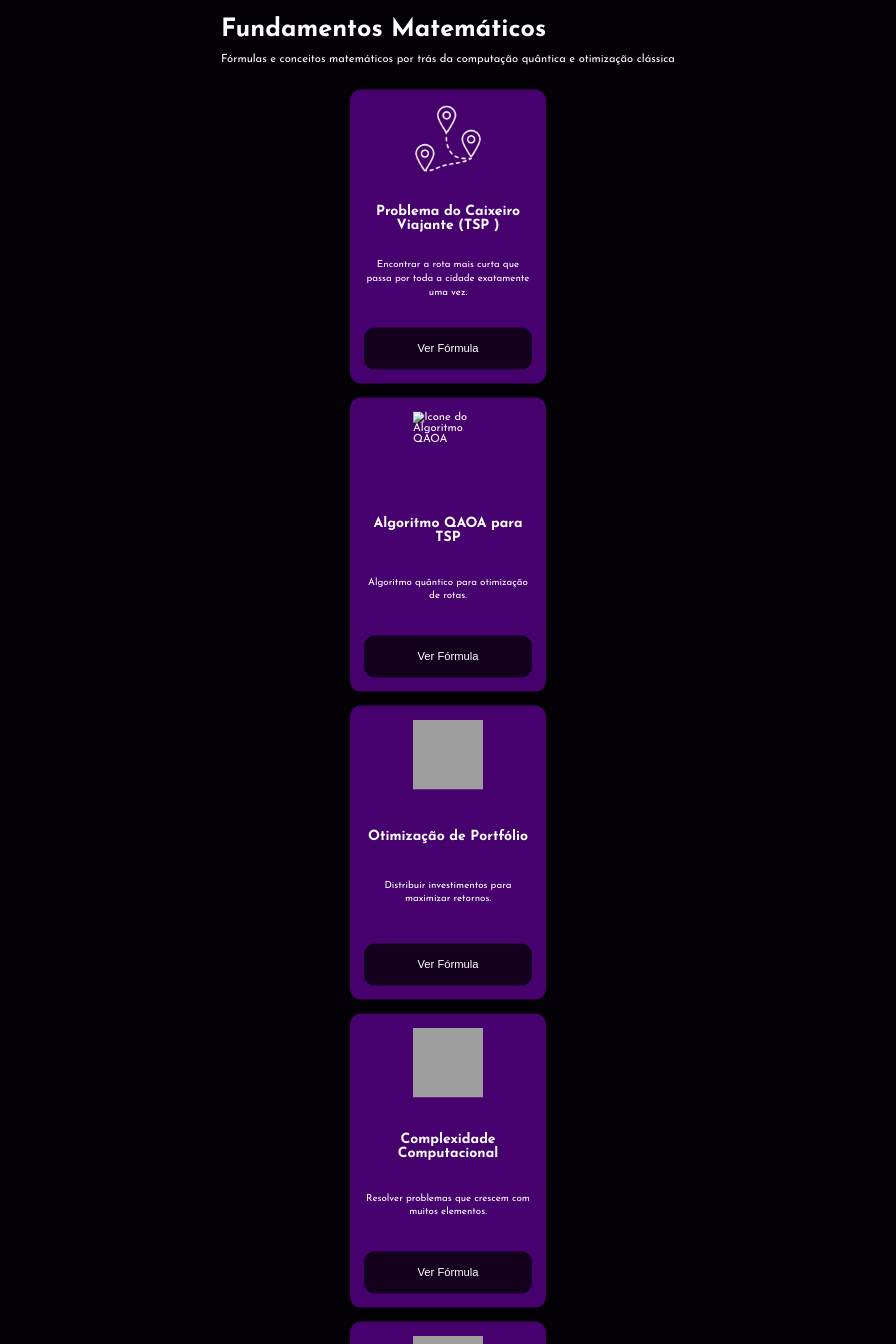
Repository: Everson9/Projeto-de-escalabilidade-quantica-definitivo
Page: fundamentos.html
These files come from the project's save history. The page is drawn as it stood at one moment and after the next save; the edit follows.
The browser window is 1280 px wide. The pictures show the part of the page from y = 0 to 1920 px (the page is 3648 px tall), at 70% of full size.
Pictures or frames that could not be fetched are drawn as grey boxes.

Above is the page before, as saved 2025-10-01 09:35:35.

After the next save:
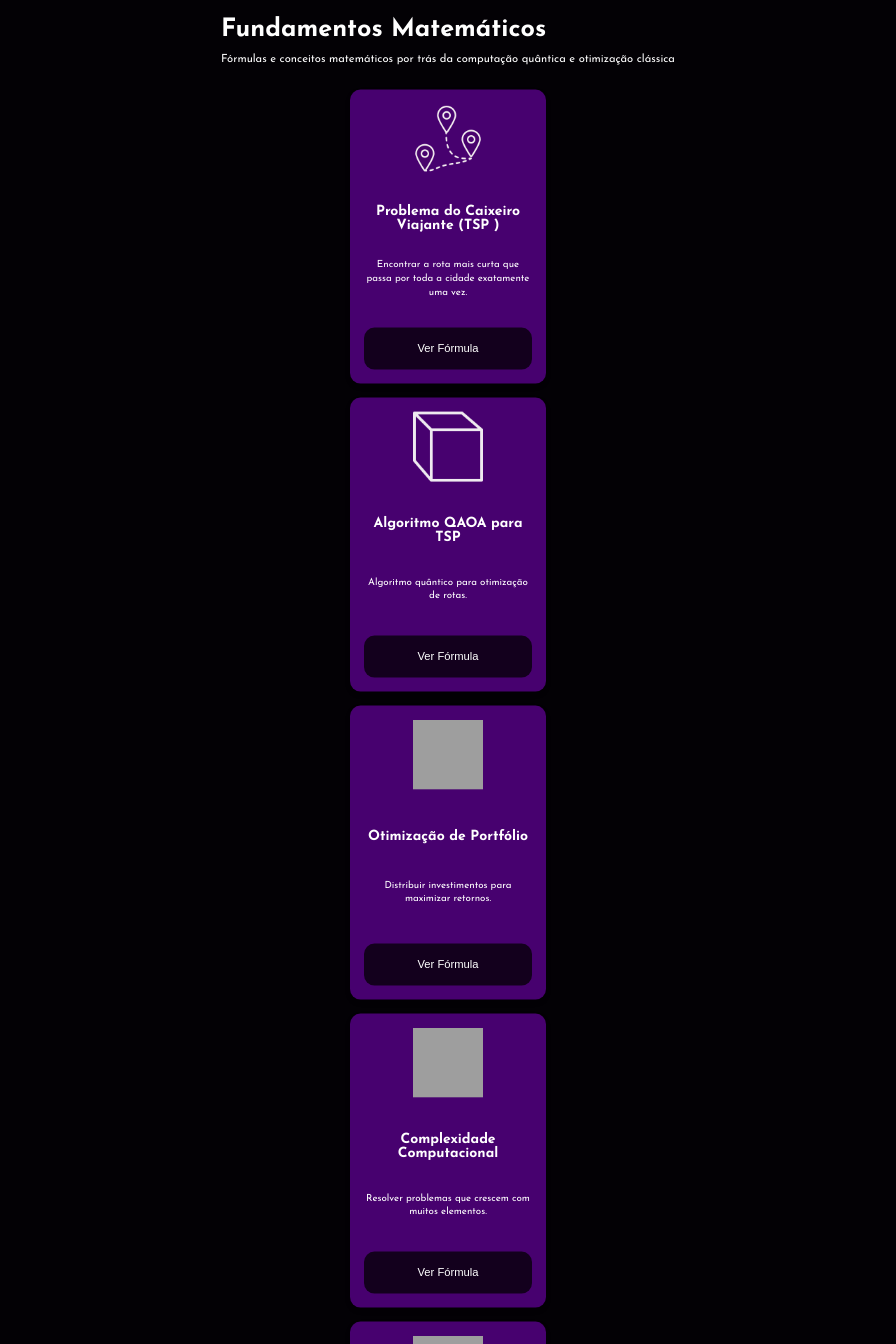
Saved 4 s later.
--- a/fundamentos.html
+++ b/fundamentos.html
@@ -25,7 +25,7 @@
                 <button class="button">Ver Fórmula</button>
             </div>
             <div class="formula_1">
-                <img src="" alt="Ícone do Algoritmo QAOA">
+                <img src="imgs_icones/QAOA.png" alt="Ícone do Algoritmo QAOA">
                 <h4>Algoritmo QAOA para TSP</h4>
                 <p>Algoritmo quântico para otimização de rotas.</p>
                 <button class="button">Ver Fórmula</button>
